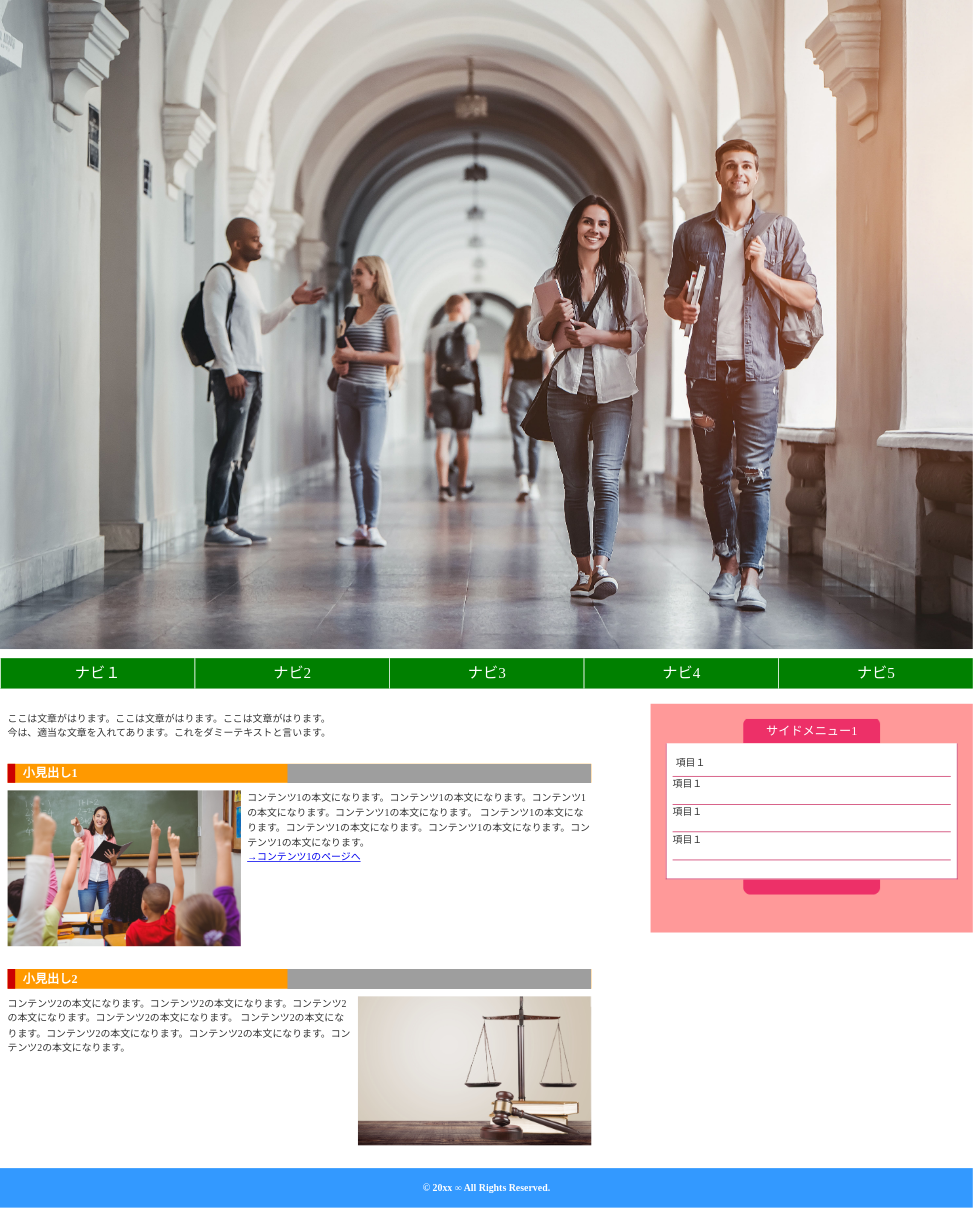
Repository: sakusyou69/homepage
Page: index.html
The author's editor kept a record of every edit. The page is drawn from the files as they stood at one moment, then again after the next edit.
The browser window is 1280 px wide. The pictures show the whole page, at 76% of full size.
The pointer rests on the first visible `#side .box .boxBody ul li`.
Pictures or frames that could not be fetched are drawn as grey boxes.

Above is the page before.

### index.html
<!DOCTYPE html>
<html lang="ja">
<head>
    <meta charset="UTF-8">
    <title>HTML/CSSの学習</title>
    <link rel="stylesheet" href="stylesheet.css">
</head>
<body>
  <div id="header">
      <h1><a href="index.html"><img id="corridor" src="corridor.jpg" alt="大学の廊下"/></a></h1>
  </div>
  <div id="wrapper">
    <div id="nav">
         <ul>
           <li><a href="home.html">ナビ１</a></li>
           <li><a href="#">ナビ2</a></li>
           <li><a href="#">ナビ3</a></li>
           <li><a href="#">ナビ4</a></li>
           <li><a href="#">ナビ5</a></li>
         </ul>
    </div>
    <div id="container">
       <div id="main">
          <div class="post">
               <p>ここは文章がはります。ここは文章がはります。ここは文章がはります。<br />今は、適当な文章を入れてあります。これをダミーテキストと言います。</p>
          </div>
          <div class="post clearfix">
            <h2>小見出し1</h2>
            <img class="left" src="classroom.jpg" alt="授業風景"/>
            <p>
              コンテンツ1の本文になります。コンテンツ1の本文になります。コンテンツ1の本文になります。コンテンツ1の本文になります。
              コンテンツ1の本文になります。コンテンツ1の本文になります。コンテンツ1の本文になります。コンテンツ1の本文になります。
            </p>
            <P><a href="#">→コンテンツ1のページへ</a></P>
          </div>
          <div class="post clearfix">
            <h2>小見出し2</h2>
            <img class="right" src="scale.jpg" alt="天秤"/>
            <p>
              コンテンツ2の本文になります。コンテンツ2の本文になります。コンテンツ2の本文になります。コンテンツ2の本文になります。
              コンテンツ2の本文になります。コンテンツ2の本文になります。コンテンツ2の本文になります。コンテンツ2の本文になります。
            </p>
          </div>
       </div>
    </div>
    <div id="side">
      <div class="box">
        <h2>サイドメニュー1</h2>
        <div class="boxBody">
          <ul>
            <li>項目１</li>
            <li>項目１</li>
            <li>項目１</li>
            <li>項目１</li>
          </ul>
        </div>
      </div>
    </div>
  </div>
  <div id="footer">
      <p>&copy; 20xx ∞ All Rights Reserved.</p>
  </div>
</body>
</html>

### stylesheet.css
@charset "utf-8";
body{
    margin:0;
    padding:0;
    font-family:"ヒラギノ角ゴ Pro w3","Hiragino kaku Gothic Pro","メイリオ",Meiryo,osaka,"MS Pゴシック","MS PGothic",sana-serif;
    color: #333;
    font-size:13px;
    line-height:150%;
}
/*--------------------wrapper--------------------*/
#wrapper {
    width:100%;
    margin:auto;
    padding:0px;
    border:0px;
    background-color:#FFF;
    top:10px;
    position:relative;
}

/*----------------------------header-----------------------------*/
#header {
    width:100%;
}
#header h1 {
    margin:0;
    padding:0;
}
#corridor {
    width:100%;
    height:auto;
}

/*-------------------------footer-----------------*/
#footer {
     clear:both;
     width:100%;
     padding: 3px 0 3px 0;
     background:#39F;
     color:#FFF;
     font-weight:bold;
     text-align:center;
}
/*--------------------------nav--------------------*/
#nav {
    width:100%;
}
#nav ul {
    margin:0;
    padding:0;
    list-style-type:none;
}
#nav ul li {
    float: left;
    width:20%;
    text-align: center;
}
#nav ul li a {
    display:block;
    height: 20px;
    margin:0;
    padding:10px;
    color:#FFF;
    font-size:20px;
    text-decoration:none;
    background-color:green;
    border-left:1px solid white;
}

#nav ul li a:hover {
    filter: drop-shadow(10px 10px 10px black);
}

/*-----------------------container-----------------*/
#container {
    width:100%;
    margin: auto;
    padding:auto;
    padding-top: 20px;
    clear: both;
}
/*------------------------main---------------------*/
#main {
    float: left;
    width: 60%;
    padding: 10px 30px 10px 10px;
}
#main h2 {
    margin:0 0 10px 0;
    padding: 3px 10px 3px 10px;
    color: #FFF;
    font-size:16px;
    border-left: solid 10px #C00;
    background: #F90 url(.../main_h2.jpg) right top repeat-y;
}
#main p {
    margin:0;
    padding:0;
}
#main .post {
    margin: 0 0 30px 0;
}
#main .post img.right {
    margin: 0 0 0 8px;
}
#main .post img.left {
    margin: 0 8px 0 0;
}

.right {
    float: right;
    width: 40%;
    height: auto;
}

.left {
    float: left;
    width: 40%;
    height: auto;
}

/*----------------------clearfix----------------------*/
.clearfix {
    zoom:1;
}
.clearfix:after{
    content:"";
    display:block;
    clear:both;
}

/*--------------------------side--------------------*/
#side {
    float: right;
    width:30%;
    padding:20px;
    background-color:#F99;
}
#side .box {
    margin:0 auto 30px auto;
    padding:0 0 20px 0;
    background: url(side_box.png) bottom no-repeat;
}
#side .box h2 {
    margin:0;
    padding:8px;
    text-align:center;
    color: #fff;
    font-size:16px;
    line-height: 16px;
    font-weight: normal;
    background:url(side_box_h2.png)center no-repeat;
}
#side .box .boxBody {
    padding:8px;
    border-right: solid 1px #C36;
    border-bottom: solid 1px #C36;
    border-left: solid 1px #C36;
    background: #fff;
}
#side .box .boxBody ul {
    margin: 0 0 16px 0;
    padding:0;
}
#side .box .boxBody ul li {
    padding:0 0 16px 0;
    list-style:none;
    border-bottom: solid 1px #C36;
}

#side .box .boxBody ul li:hover {
    padding: 8px 0 8px 4px;
    list-style: none;
    border-bottom: solid 1px #C36;
    box-shadow: 0 4px 4px rgba(0,0,0,0,3);
}

After the next edit:
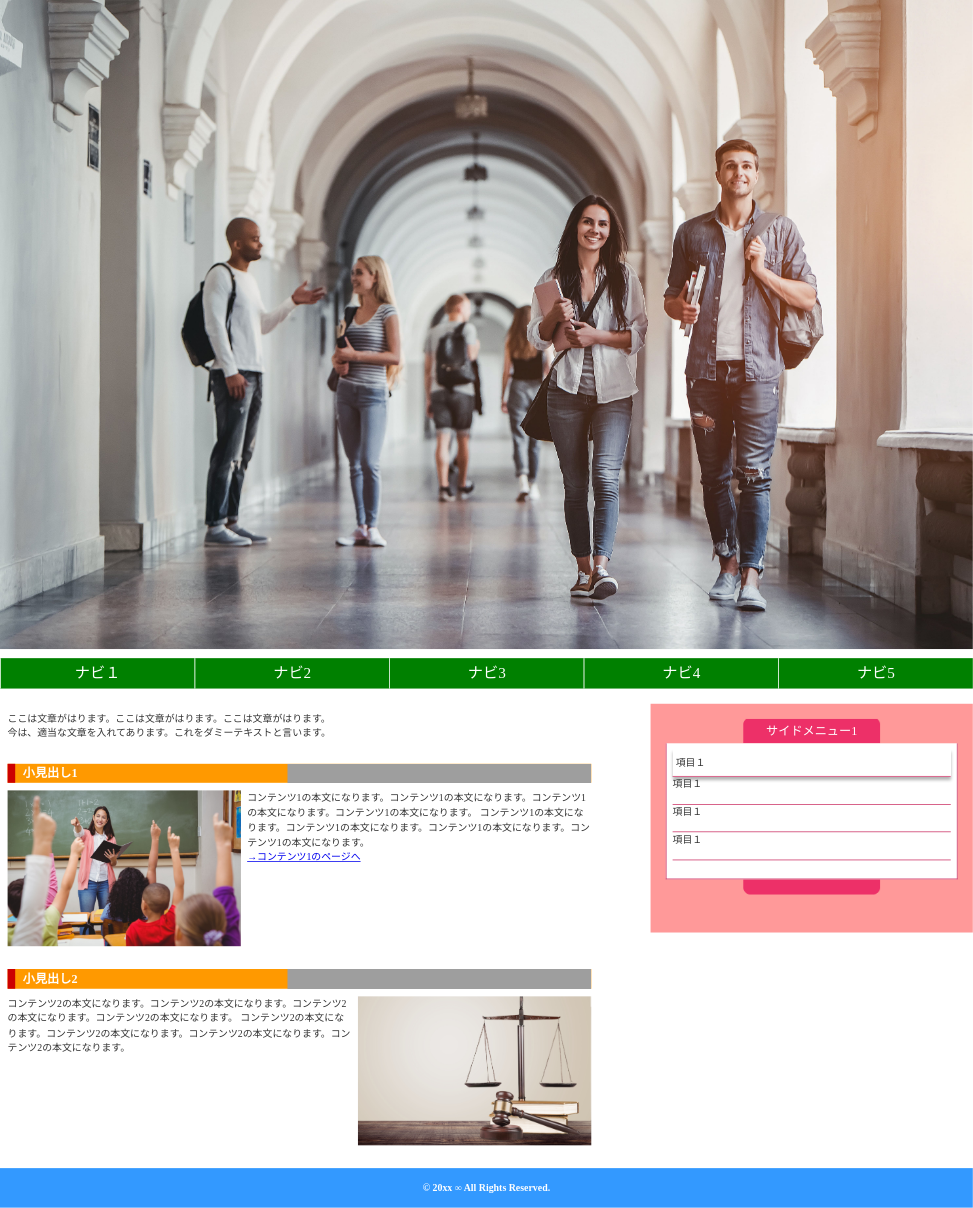
The edit:
--- a/stylesheet.css
+++ b/stylesheet.css
@@ -172,5 +172,5 @@
     padding: 8px 0 8px 4px;
     list-style: none;
     border-bottom: solid 1px #C36;
-    box-shadow: 0 4px 4px rgba(0,0,0,0,3);
+    box-shadow: 0 4px 4px rgba(0,0,0,0.3);
 }
